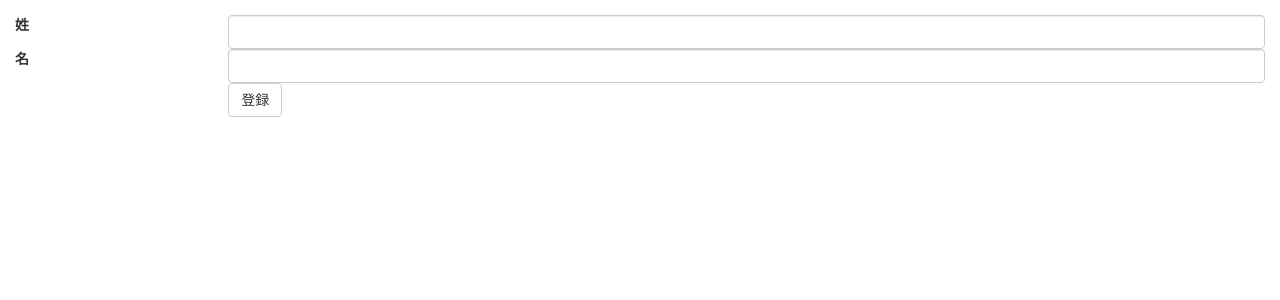
Repository: erinakatagiri/gomi
Page: bootstrap_lesson.html
The author's editor kept a record of every edit. The page is drawn from the files as they stood at one moment, then again after the next edit.
The browser window is 1280 px wide. The pictures show the whole page.

Above is the page before.

### bootstrap_lesson.html
<!DOCTYPE html>
<html>
    <head>
        <meta charset="utf-8">
        <meta http-equiv="X-UA-Compatible" content="IE=edge">
        <meta name="viewport" content="width=device-width, initial-scale=1">

        <title>Grid System Test</title>

        <!-- Bootstrap CSS-->
        <link rel="stylesheet" href="https://maxcdn.bootstrapcdn.com/bootstrap/3.3.7/css/bootstrap.min.css">
        <!-- jQuery -->
        <script src="https://ajax.googleapis.com/ajax/libs/jquery/1.12.4/jquery.min.js"></script>
        <!-- Bootstrap JavaScript-->
        <script src="https://maxcdn.bootstrapcdn.com/bootstrap/3.3.7/js/bootstrap.min.js"></script>

        <style>
            .row div {
                border: 1px solid #000;
                padding: 1em;
                text-align: center;
                background-color: #dedede;
            }

        </style>

    </head>
    <body>
       <form>
  <!-- "form-group" expresses a row -->
  <div class="form-group">
    <label class="col-xs-2 control-label">姓</label>
    <div class="col-xs-10">
      <input type="text" class="form-control"  name="lastname">
    </div>
  </div>

  <!-- row -->
  <div class="form-group">
    <label class="col-xs-2 control-label">名</label>
    <div class="col-xs-10">
      <input type="text" class="form-control"  name="
      firstname">
    </div>
  </div>

  <!-- row -->
  <div class="form-group">
    <div class="col-xs-offset-2 col-sm-10">
      <button type="submit" class="btn btn-default">登録</button>
    </div>
  </div>
</form>
    </div>
        </div>
    </body>
</html>

After the next edit:
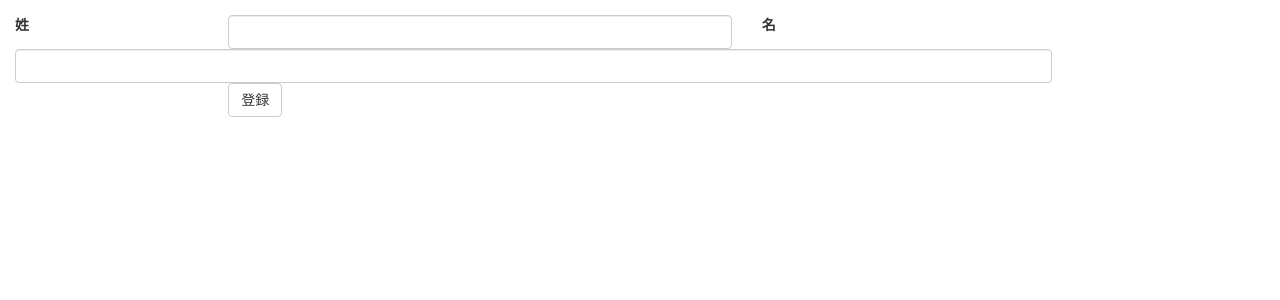
The edit:
--- a/bootstrap_lesson.html
+++ b/bootstrap_lesson.html
@@ -30,7 +30,7 @@
   <!-- "form-group" expresses a row -->
   <div class="form-group">
     <label class="col-xs-2 control-label">姓</label>
-    <div class="col-xs-10">
+    <div class="col-xs-5">
       <input type="text" class="form-control"  name="lastname">
     </div>
   </div>
